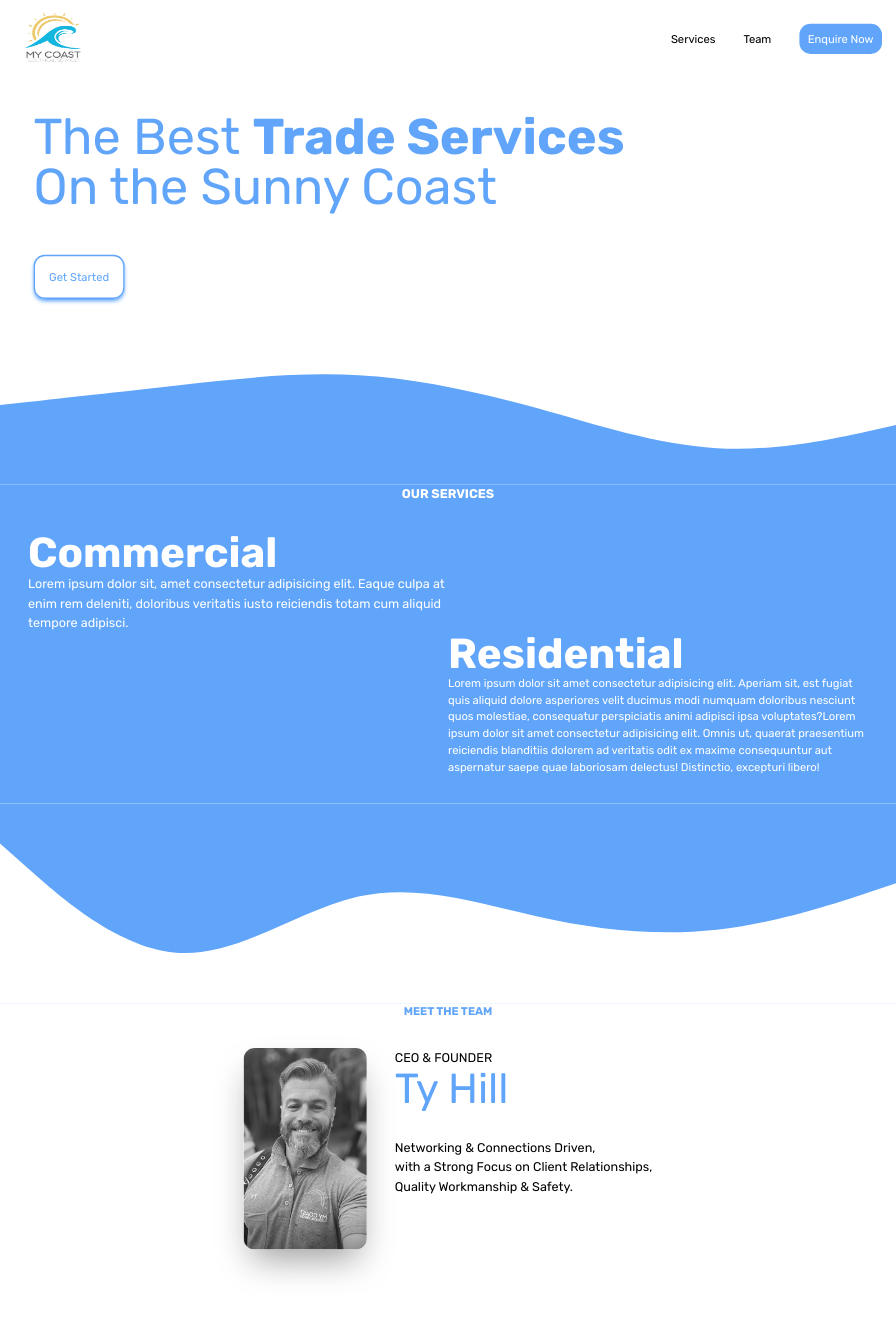
Repository: Jace-Kington/mce-website
Page: /
The author's editor kept a copy of each file at every save. The page is drawn from the files as they stood at one save, then again after the next save.
The browser window is 1280 px wide. The pictures show the part of the page from y = 0 to 1920 px (the page is 2879 px tall before and 2847 px after), at 70% of full size.
The project was rebuilt for these pictures with package versions that can differ from the ones it lists, and the page was loaded fresh each time. The framework's server and built-in components were replaced by stand-ins that run in the browser. Also part of the build but not shown: next.config.js.

Above is the page before, as saved 2022-11-12 14:10:32.

After the next save:
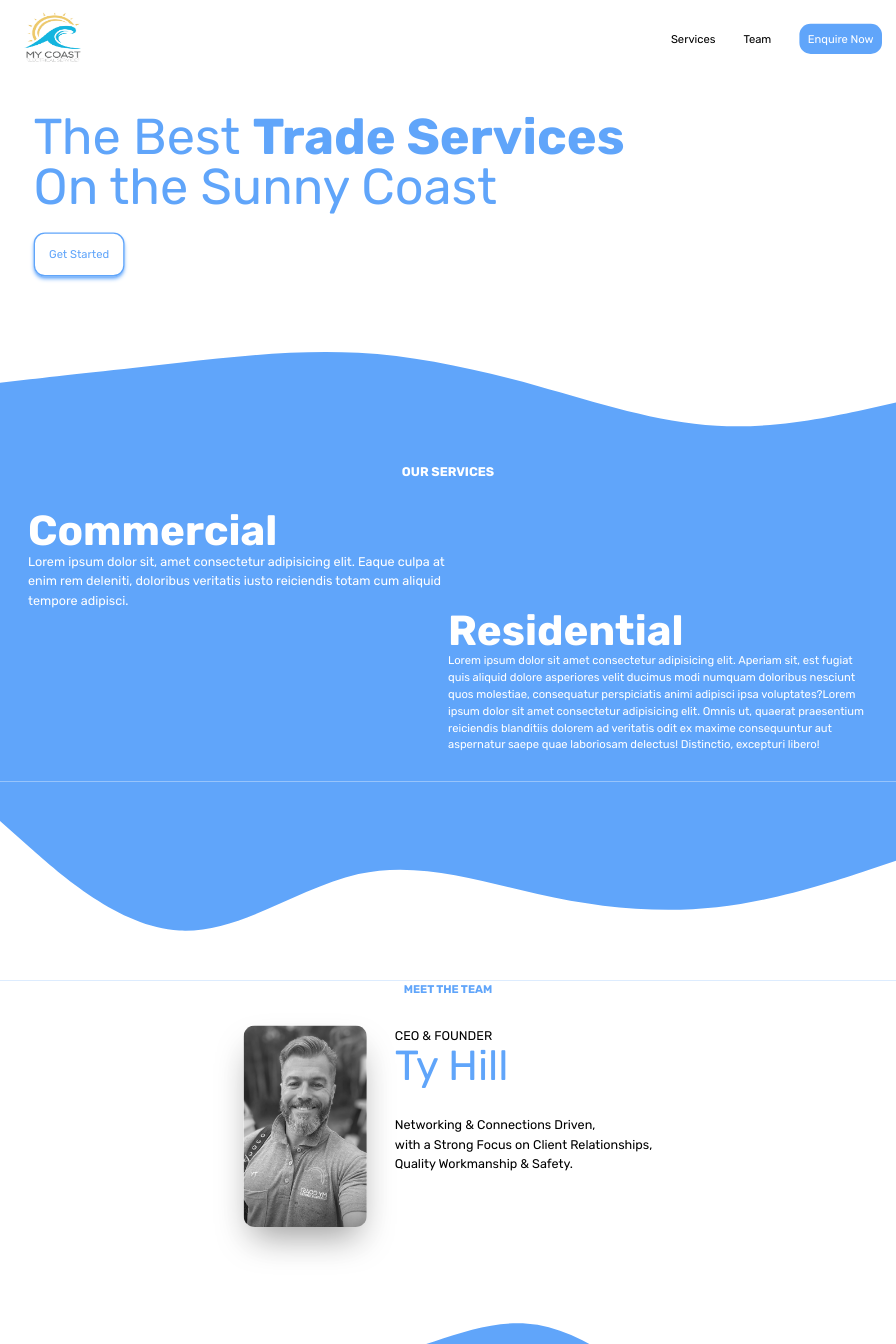
Saved 14 s later.
--- a/components/Navbar.jsx
+++ b/components/Navbar.jsx
@@ -41,7 +41,7 @@ const Navbar = () => {
           On the Sunny Coast
         </div>
 
-        <div className='outline-rounded mt-20 bg-white'>
+        <div className='outline-rounded mt-12 bg-white'>
           <a  style = {{'border-width': '2px', 'border-color': '#60a5fa'}} className='rounded-2xl hover:bg-blue-400 hover:text-white transition shadow-md shadow-blue-400 hover:shadow-lg hover:shadow-blue-400 p-5' href="#contact-us">
             Get Started
           </a>
